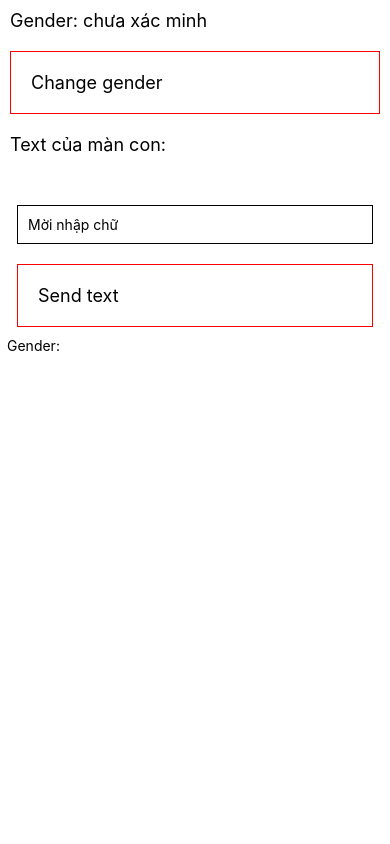
Repository: web345/test
Screen: /
These files come from the project's save history. The screen is drawn as it stood at one moment and after the next save; the edit follows.
The app was drawn by React Native's web renderer in a window 390 px wide. The project was rebuilt for these pictures with package versions that can differ from the ones it lists, and the page was loaded fresh each time.

Above is the screen before, as saved 2021-08-17 14:44:00.

### App.js
import React, {useState} from 'react'
import { View, Text, TextInput, TouchableOpacity, StyleSheet, SafeAreaView } from 'react-native'
import Form2 from "./form2"
export default function App() {


  const [gioitinh, setGioitinh]= useState("chưa xác minh");
  const [text1, settext1]= useState(" ");
  return (
    <SafeAreaView>
      <View style={style.form1}>
    <Text style={style.text} >Gender: {gioitinh}</Text>
    <TouchableOpacity style={style.button}><Text style={style.text}>Change gender</Text></TouchableOpacity>
    <Text style={style.text} >Text của màn con: {text1}</Text>
    </View>
    <Form2/>
    </SafeAreaView>
  )
}

const style =StyleSheet.create({
  text: {
    fontSize: 18,
    margin: 10,
  },
  button: {
    borderWidth: 1,
    padding: 10,
    borderColor: "red",
    margin: 10,
  },
  form1: {
    marginBottom: 30,
  },
});

### form2.js
import React from 'react'
import { View, Text, StyleSheet, TextInput, TouchableOpacity } from 'react-native'

export default function form2(props) {
    return (
        <View style={style.container}>
        <TextInput placeholder={"Mời nhập chữ"} style={style.input}></TextInput>
        <TouchableOpacity style={style.button}><Text style={style.text}>Send text</Text></TouchableOpacity>
        <Text>Gender: {props.gioitinh}</Text>
        </View>
    )
}

const style=StyleSheet.create({
    container: {
        marginLeft: 7,
        marginRight: 7,
    },
    text: {
        fontSize: 18,
        margin: 10,
      },
      button: {
        borderWidth: 1,
        padding: 10,
        borderColor: "red",
        margin: 10,
      },
      input: {
          borderWidth: 1,
          padding: 10,
          margin: 10,
      }
})

After the next save:
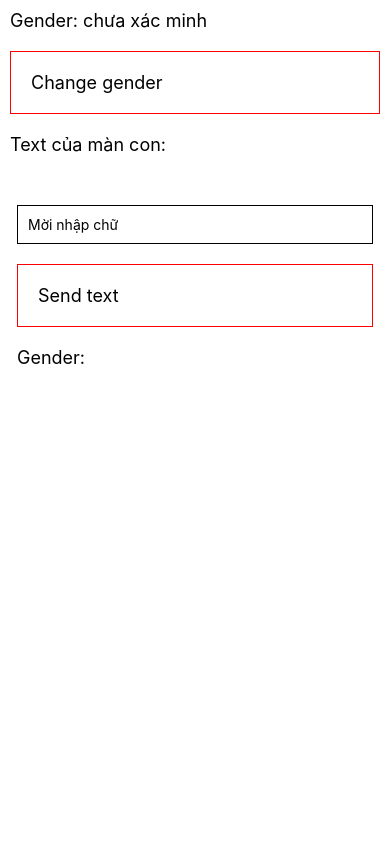
Saved 17 s later.
--- a/form2.js
+++ b/form2.js
@@ -6,7 +6,7 @@ export default function form2(props) {
         <View style={style.container}>
         <TextInput placeholder={"Mời nhập chữ"} style={style.input}></TextInput>
         <TouchableOpacity style={style.button}><Text style={style.text}>Send text</Text></TouchableOpacity>
-        <Text>Gender: {props.gioitinh}</Text>
+        <Text style={style.text}>Gender: {props.gioitinh}</Text>
         </View>
     )
 }
